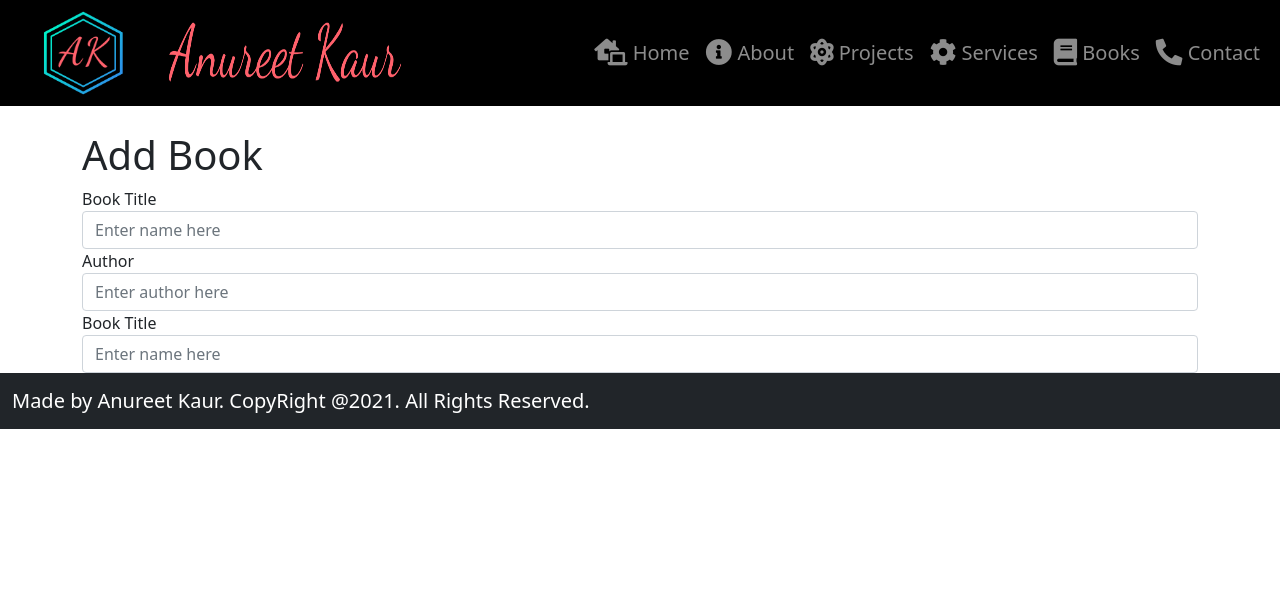
Repository: Anureet23/Portfolio_Authentication
Page: http://localhost/book-list/add
An editor plug-in stored every save of this project. The page is shown before and after the next save, followed by the edit.
The browser window is 1280 px wide. The pictures show the whole page.
The page is served by the project's Node server (server.js).

Above is the page before, as saved 2021-06-16 19:44:30.

After the next save:
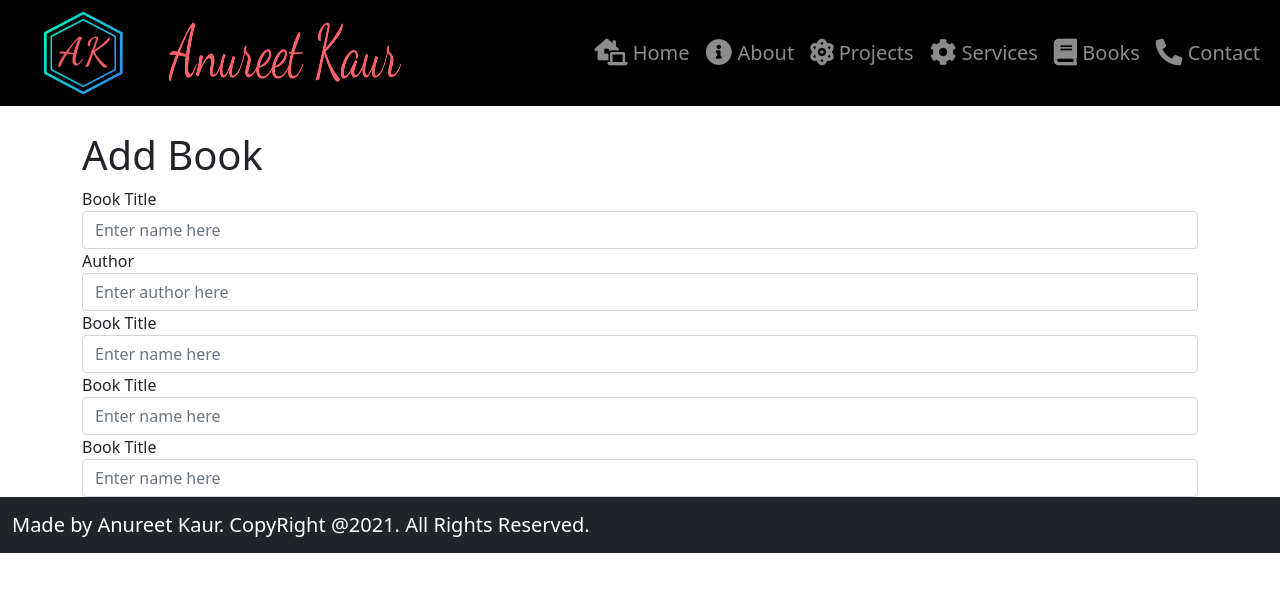
Saved 7 s later.
--- a/server/views/book/add.ejs
+++ b/server/views/book/add.ejs
@@ -27,6 +27,15 @@
             <input type="text" class="form-control" id="nameTextField" placeholder="Enter name here" name="name" required>
         </div>
 
+        <div class="form-group">
+            <label for="nameTextField">Book Title</label>
+            <input type="text" class="form-control" id="nameTextField" placeholder="Enter name here" name="name" required>
+        </div>
+
+        <div class="form-group">
+            <label for="nameTextField">Book Title</label>
+            <input type="text" class="form-control" id="nameTextField" placeholder="Enter name here" name="name" required>
+        </div>
 
         </form>
     </div>
